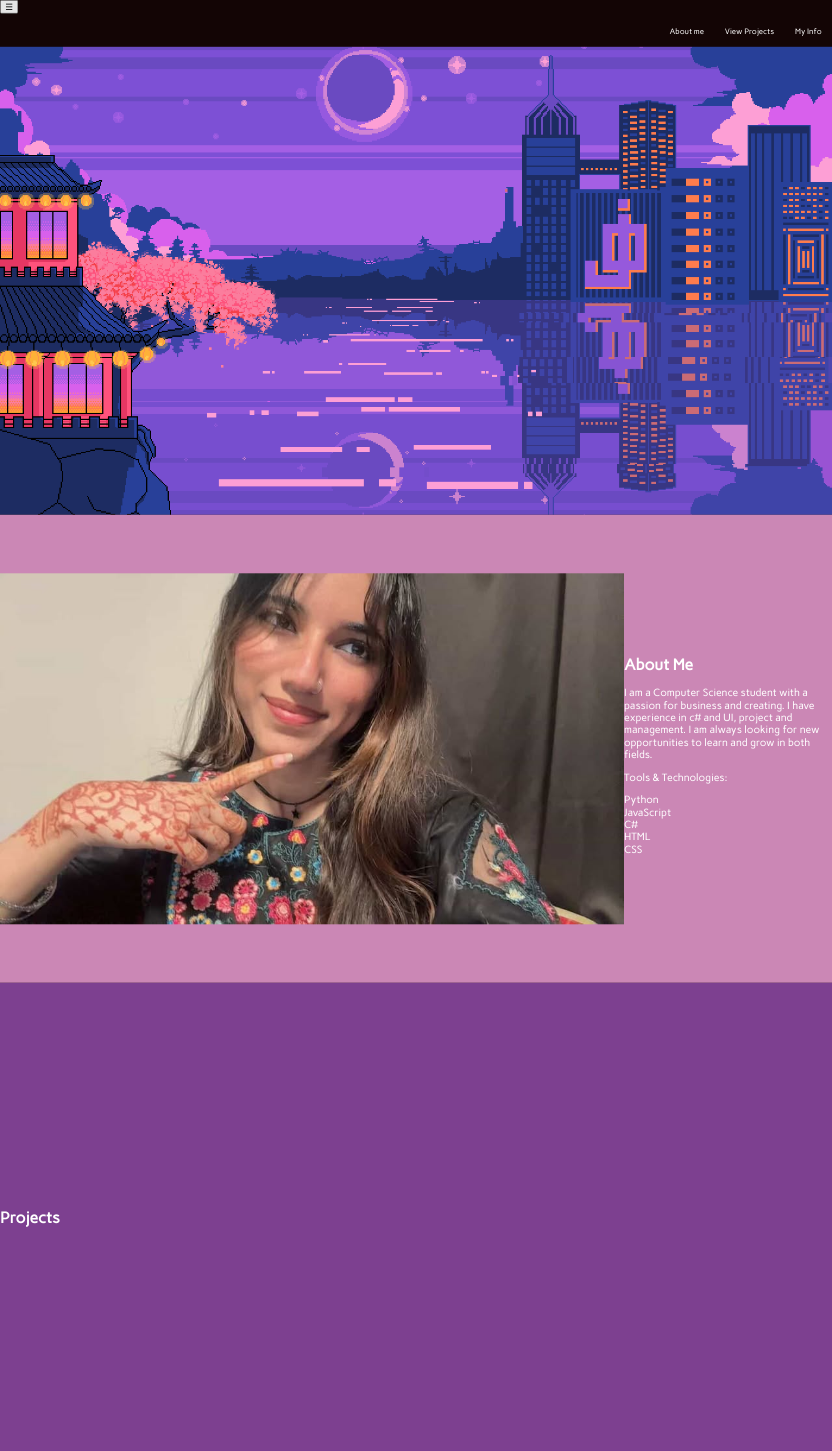
Repository: Rameen-A/Rameen-A
Page: index.html
The author's editor kept a copy of each file at every save. The page is drawn from the files as they stood at one save, then again after the next save.
The browser window is 1280 px wide. The pictures show the whole page, at 65% of full size.

Above is the page before, as saved 2026-05-05 00:44:02.

After the next save:
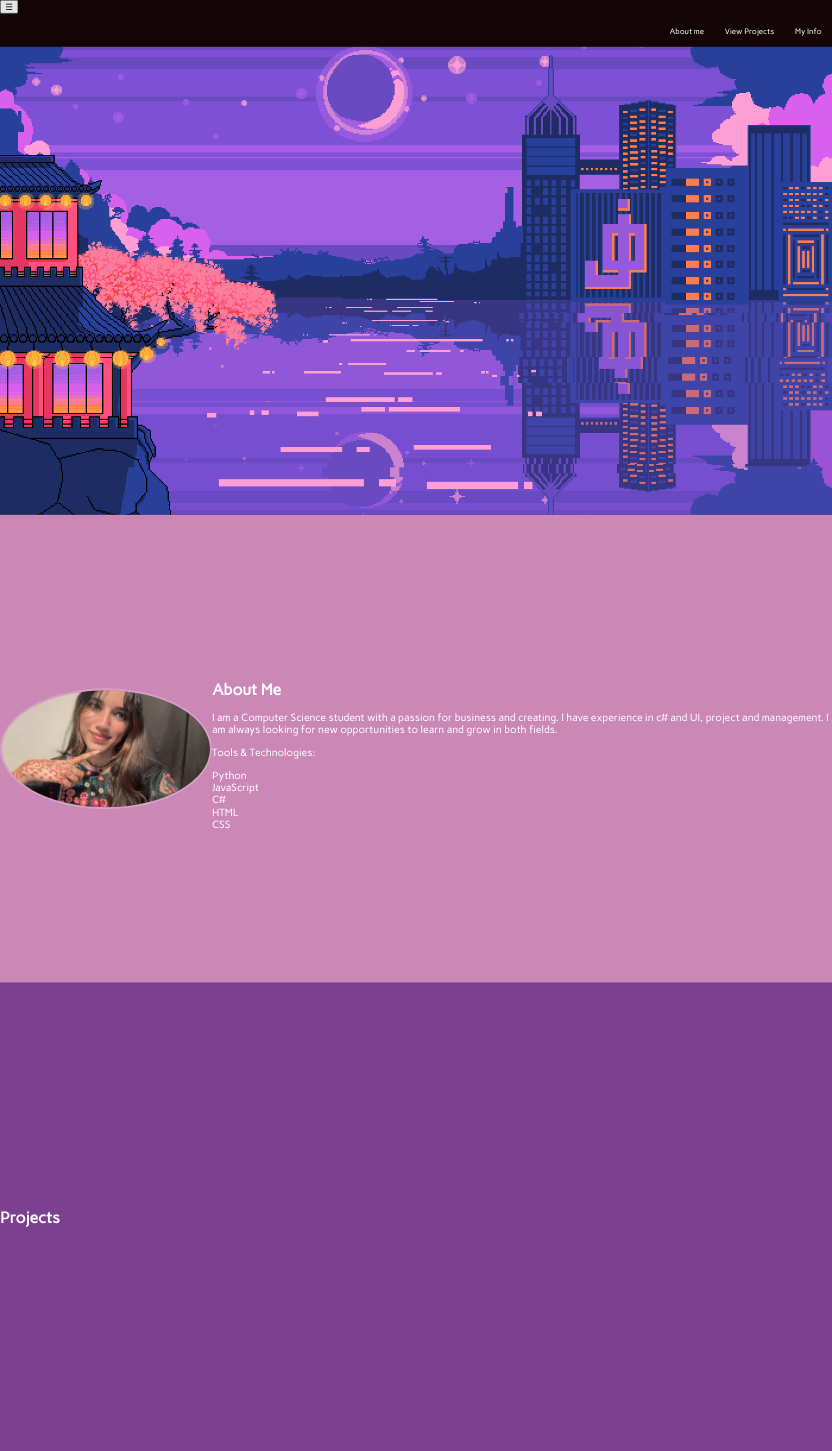
Saved 3 min 23 s later.
--- a/styles/index.css
+++ b/styles/index.css
@@ -45,6 +45,14 @@ article {
 
   background-color: rgb(203, 135, 181);
 }
+.about img {
+    max-width: 25%;
+    border-radius: 50%;
+    display: inline-block;
+    vertical-align: middle;
+    border: 3px solid rgba(255, 255, 255, 0.2);
+  }
+
 section:hover article {
   opacity: 1;
 }
